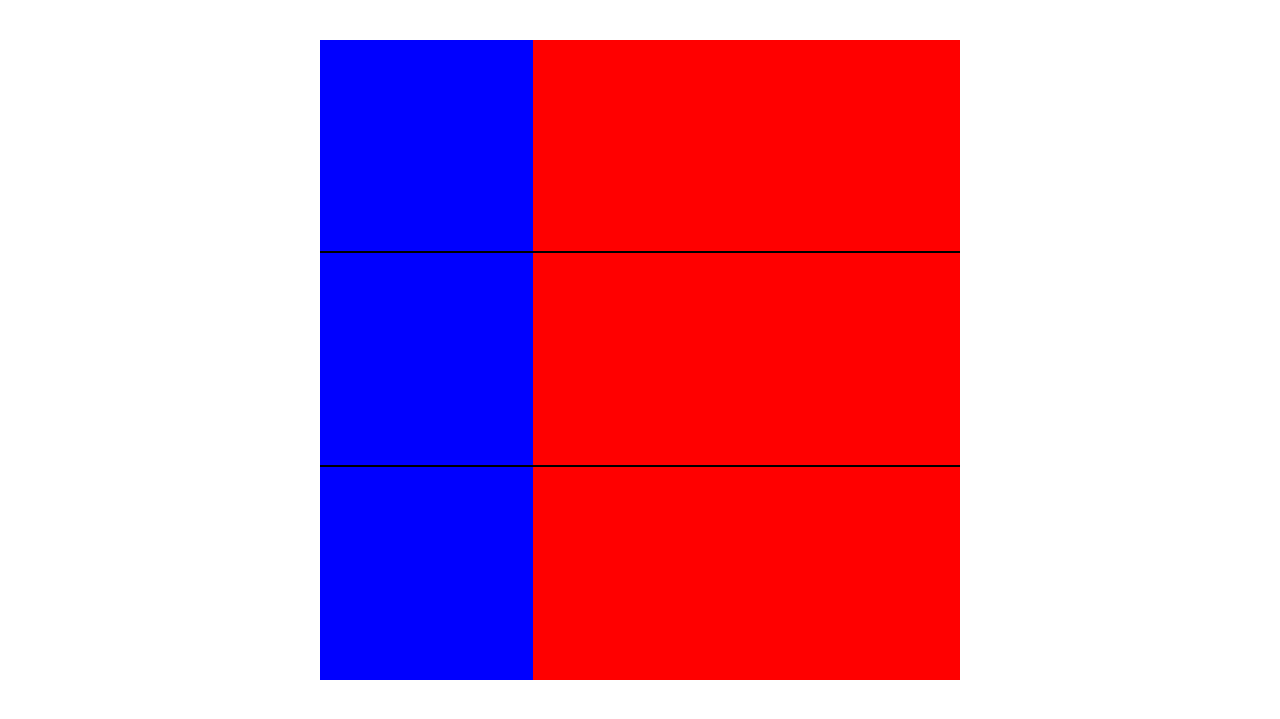
Repository: baumanmilosz/tictactoe
Page: index.html
These files come from the project's save history. The page is drawn as it stood at one moment and after the next save; the edit follows.
The browser window is 1280 px wide. The pictures show the whole page.

Above is the page before, as saved 2019-02-21 16:45:19.

### index.html
<!DOCTYPE html>
<html lang="en">

<head>
  <meta charset="UTF-8">
  <meta name="viewport" content="width=device-width, initial-scale=1.0">
  <meta http-equiv="X-UA-Compatible" content="ie=edge">
  <link rel="stylesheet" href="./style.css">
  <title>Tic Tac Toe</title>
</head>

<body>
  <div class="board">
    <div class="row">
      <div class="box"></div>
      <div class="box"></div>
      <div class="box"></div>
    </div>
    <div class="row">
      <div class="box"></div>
      <div class="box"></div>
      <div class="box"></div>
    </div>
    <div class="row">
      <div class="box"></div>
      <div class="box"></div>
      <div class="box"></div>
    </div>
  </div>

  <script src="./script.js"></script>
</body>

</html>

### style.css
* {
  margin: 0;
  padding: 0;
  box-sizing: border-box;
}

html {
  font-size: 10px;
}

body {
  position: relative;
  height: 100vh;
}

.board {
  display: flex;
  flex-wrap: wrap;
  justify-content: center;
  align-items: center;
  position: absolute;
  left: 50%;
  top: 50%;
  transform: translate(-50%, -50%);
  width: 50vw;
  height: 50vw;
  background-color: red;
}

.row {
  width: 100%;
  height: 33.3%;
  display: flex;
  cursor: pointer;
}

.row:nth-child(1), .row:nth-child(2) {
  border-bottom: 2px solid black;
}

.box {
  width: 100%;
  height: 100%;
  background-color;
}

.row > .box:nth-child(1), .row > .box:nth-child(1) {
  background-color: blue;
}

.box.cross:before{
  content: 'X';
  font-size: 20px;
}

.box.circle::after{
  content: 'O';
  font-size: 20px;
}

### script.js
const boxes = document.querySelectorAll('.box');

let oddPlayer = true;

boxes.forEach(box => box.addEventListener('click', () => {
  if (box.classList.contains('circle') || box.classList.contains('cross')) return;
  oddPlayer ? box.classList.add('circle') : box.classList.add('cross');
  oddPlayer = !oddPlayer;
}));

After the next save:
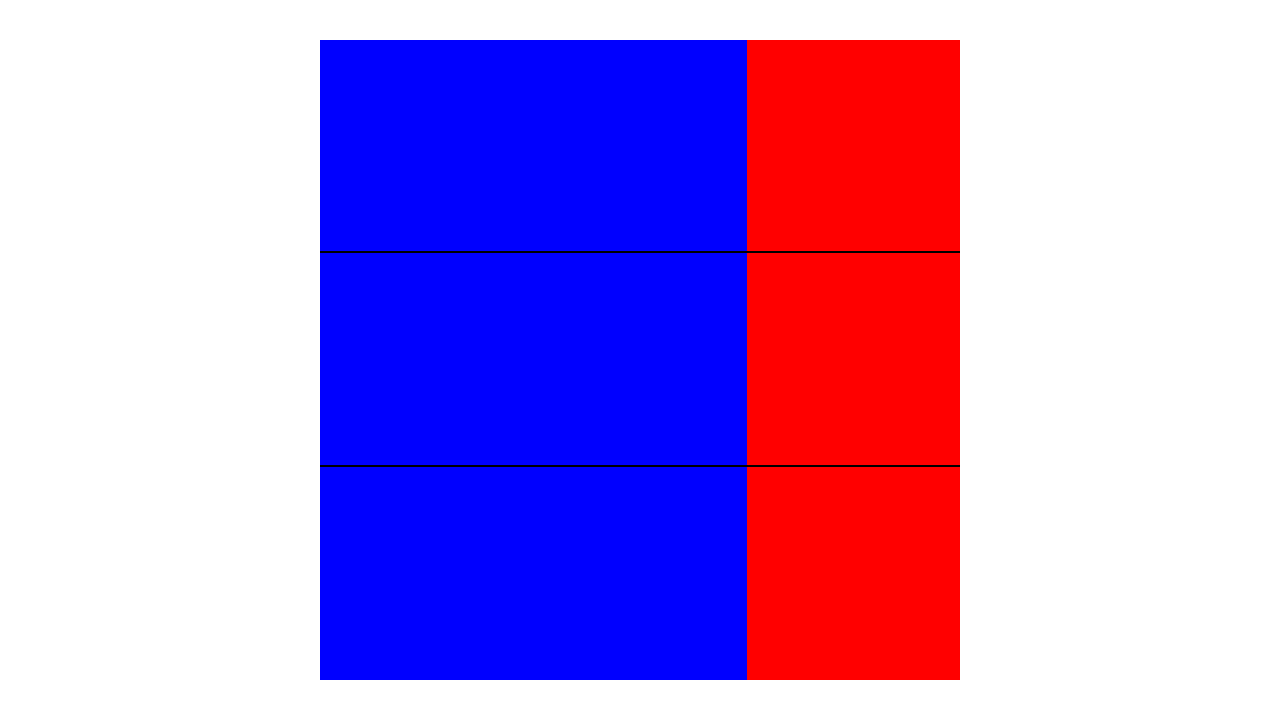
Saved 8 s later.
--- a/style.css
+++ b/style.css
@@ -41,10 +41,9 @@
 .box {
   width: 100%;
   height: 100%;
-  background-color;
 }
 
-.row > .box:nth-child(1), .row > .box:nth-child(1) {
+.row > .box:nth-child(1), .row > .box:nth-child(2) {
   background-color: blue;
 }
 
